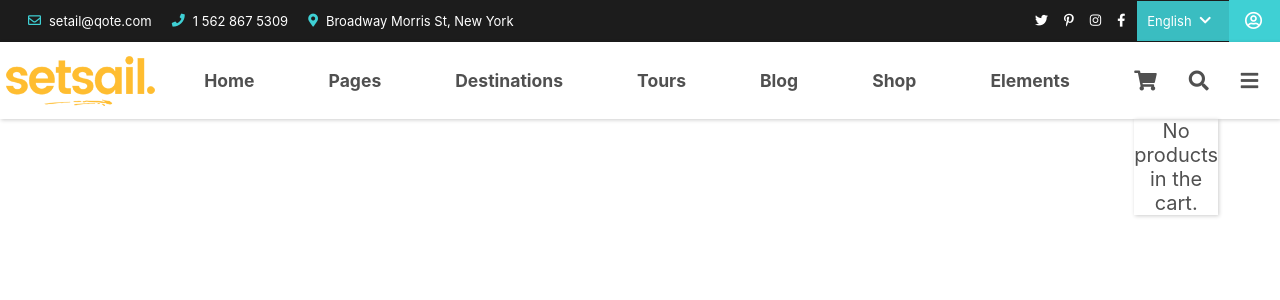
Repository: Hunga9k50doker/Setail
Page: /
The author's editor kept a copy of each file at every save. The page is drawn from the files as they stood at one save, then again after the next save.
The browser window is 1280 px wide. The pictures show the whole page.
The project was rebuilt for these pictures with package versions that can differ from the ones it lists, and the page was loaded fresh each time.

Above is the page before, as saved 2021-10-21 11:38:17.

After the next save:
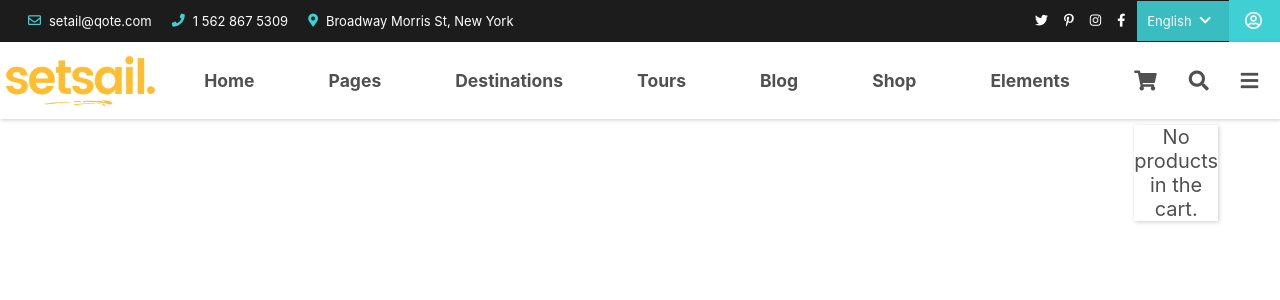
Saved 5 s later.
--- a/src/components/Navigation/Nav.scss
+++ b/src/components/Navigation/Nav.scss
@@ -216,7 +216,7 @@
         position: relative;
         .cart-category{
           position: absolute;
-          top: 50px;
+          top: 56px;
           left: 0;
 
           box-shadow: 1px 1px 4px rgba(0, 0, 0, 0.2);
